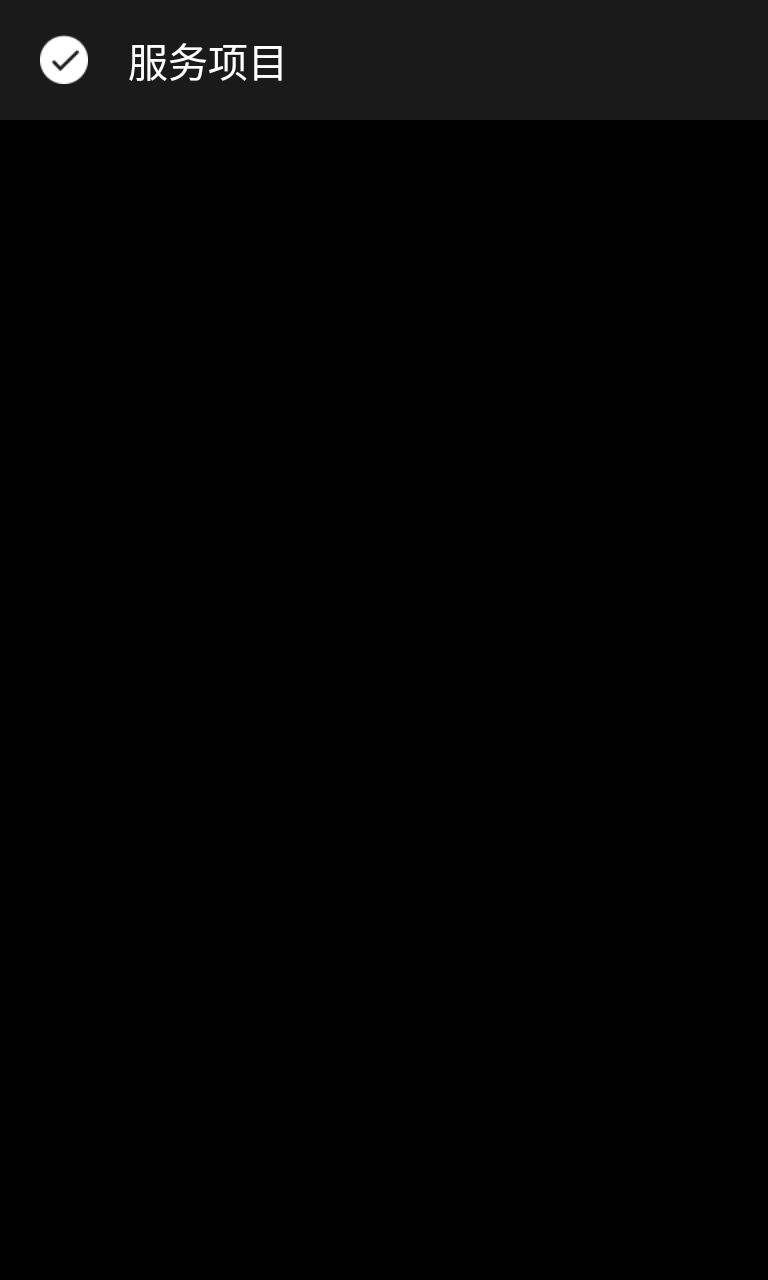
Repository: appleseedez/rongmeme-android
Layout: rmm/res/layout/star_small_item_appointment.xml
The author's editor kept a copy of each file at every save. The layout is drawn from the files as they stood at one save, then again after a run of saves.
It is drawn on a 768 x 1280 px phone screen (xhdpi) without system bars, with theme AppTheme; the app's code is not run.

Above is the layout before, as saved 2014-07-02 13:11:09.

### rmm/res/layout/star_small_item_appointment.xml
<?xml version="1.0" encoding="utf-8"?>
<LinearLayout xmlns:android="http://schemas.android.com/apk/res/android"
    android:layout_width="match_parent"
    android:layout_height="wrap_content"
    android:orientation="horizontal" >
<RelativeLayout
    android:id="@+id/ssi_top_navigation_bar"
    android:layout_width="fill_parent" android:background="#44aaaaaa"
    android:layout_height="60dp"
    android:background="@drawable/small_category_bg_n" >

    <ImageButton
        android:id="@+id/ssia_small_category_checkbox_imageButton"
        android:layout_width="wrap_content"
        android:layout_height="wrap_content"
        android:layout_centerVertical="true"
        android:layout_marginLeft="20dp"
        android:background="@null"
        android:contentDescription="@string/ssia_small_category_checkbox_imageButton_desc"
        android:src="@drawable/item_checked" />

    <TextView
        android:id="@+id/ssia_small_category_name_title"
        android:layout_width="wrap_content"
        android:layout_height="wrap_content"
        android:layout_alignParentRight="true"
        android:layout_centerVertical="true"
        android:layout_marginLeft="20dp"
        android:layout_toRightOf="@id/ssia_small_category_checkbox_imageButton"
        android:singleLine="true"
        android:text="@string/ssia_small_category_name_title_text"
        android:textColor="@color/white"
        android:textSize="20sp" />


</RelativeLayout>

    <View
        android:layout_width="match_parent"
        android:layout_height="1.5dp"
        android:background="@null" >
    </View>
</LinearLayout>

### rmm/res/values/styles.xml
<resources xmlns:android="http://schemas.android.com/apk/res/android">

    <!-- Application theme. -->
    <style name="AppTheme" parent="@android:style/Theme.Black.NoTitleBar">
        <!-- All customizations that are NOT specific to a particular API-level can go here. -->
    </style>

    <style name="CustomCheckboxTheme" parent="@android:style/Widget.CompoundButton.CheckBox">
        <item name="android:button">@drawable/checkbox_style</item>
    </style>

    <style name="title">
        <item name="android:layout_height">wrap_content</item>
        <item name="android:layout_width">wrap_content</item>
        <item name="android:background">@null</item>
        <item name="android:gravity">center</item>
        <item name="android:textColor">@android:color/white</item>
        <item name="android:textSize">18sp</item>
    </style>

    <style name="button" parent="@style/title">
        <item name="android:background">@drawable/btn_button</item>
    </style>

    <style name="title.small" parent="@style/title">
        <item name="android:textSize">16sp</item>
    </style>

    <style name="itembg">
        <item name="android:background">#44aaaaaa</item>
        <item name="android:minHeight">60dip</item>
        <item name="android:paddingBottom">14dip</item>
        <item name="android:paddingLeft">20dip</item>
        <item name="android:paddingRight">20dip</item>
        <item name="android:paddingTop">14dip</item>
    </style>

    <style name="edit">
        <item name="android:layout_height">wrap_content</item>
        <item name="android:layout_width">wrap_content</item>
        <item name="android:textColorHint">@android:color/white</item>
        <item name="android:background">@drawable/edit</item>
        <item name="android:textColor">#797979</item>
        <item name="android:paddingLeft">10dip</item>
    </style>

    <style name="ratingbar" parent="@android:style/Widget.RatingBar">
        <item name="android:progressDrawable">@drawable/ratingbar</item>
        <item name="android:indeterminateDrawable">@drawable/ratingbar</item>
        <item name="android:minHeight">22dip</item>
        <item name="android:maxHeight">22dip</item>
    </style>

    <style name="share">
        <item name="android:layout_height">wrap_content</item>
        <item name="android:layout_width">wrap_content</item>
        <item name="android:minHeight">120dip</item>
        <item name="android:scaleType">centerInside</item>
        <item name="android:background">#44aaaaaa</item>
    </style>

    <style name="dialog" parent="@android:style/Theme.Dialog">
        <item name="android:windowIsTranslucent">false</item>
        <item name="android:windowNoTitle">true</item>
        <item name="android:windowFrame">@null</item>
        <item name="android:windowBackground">@android:color/transparent</item>
        <item name="android:windowIsFloating">true</item>
        <item name="android:windowContentOverlay">@null</item>
        <item name="android:windowTitleStyle">@null</item>
        <item name="android:windowAnimationStyle">@android:style/Animation.Dialog</item>
        <item name="android:windowSoftInputMode">stateUnspecified|adjustPan</item>
        <item name="android:backgroundDimEnabled">false</item>
        <item name="android:background">@android:color/transparent</item>
    </style>

    <style name="order_server_empty">
        <item name="android:layout_height">wrap_content</item>
        <item name="android:layout_width">0dp</item>
        <item name="android:drawableTop">@drawable/icon_order_server_empty</item>
        <item name="android:gravity">center_horizontal</item>
        <item name="android:drawablePadding">10dp</item>
        <item name="android:text">@string/order_server_text_default</item>
        <item name="android:textColor">@android:color/white</item>
        <item name="android:textSize">16sp</item>
    </style>

</resources>

### rmm/res/values/strings.xml
<?xml version="1.0" encoding="utf-8"?>
<resources>
    <string name="app_name">蓉么么</string>
    <string name="menu_settings">Settings</string>
    <string name="pull_to_refresh_tap_label">Tap to refresh</string>
    <string name="pull_to_refresh_refreshing_label">刷新</string>
    <string name="pull_to_refresh_footer_refreshing_label">加载中</string>
    <string name="refresh_down_text">下拉刷新</string>
    <string name="refresh_release_text">松开后刷新</string>
    <string name="xlistview_header_hint_normal">下拉刷新</string>
    <string name="xlistview_header_hint_ready">松开刷新数据</string>
    <string name="xlistview_header_hint_loading">正在加载...</string>
    <string name="xlistview_header_last_time">上次更新时间：</string>
    <string name="xlistview_footer_hint_normal">查看更多</string>
    <string name="xlistview_footer_hint_ready">松开载入更多</string>
    <string name="no_network_connected_status_pop">亲网络不给力啊</string>
    <string name="no_location_error">暂时无法获取当前位置</string>
    <string name="nha_no_net_work_toast">亲，没有网络，请返回在设置中打开网络连接才能定位。</string>
    <!-- dengjie -->
    <string name="back_navigation_imagebutton_desc">返回按钮</string>
    <string name="cleaning_tv_title_text">保洁</string>
    <string name="cleaning_view_flow_btn_text">观看流程</string>
    <string name="cleaning_custom_flow_btn_text">我要定制</string>
    <string name="si_big_category_start_level_imageview_desc">保洁星级服务大类icon</string>
    <string name="si_big_category_pull_down_imageButton_desc">保洁星级下拉按钮icon</string>
    <string name="ssi_small_category_name_title_text">服务项目</string>
    <string name="ssi_small_category_checkbox_imageButton_desc">勾选框</string>
    <string name="he_tv_title_text">钟点工</string>
    <string name="he_next_flow_button_desc">钟点工下一步按钮</string>
    <string name="employee_default_nickname_text">钟艳</string>
    <string name="employee_head_portrait_imageview_des">钟点工的圆角头像</string>
    <string name="ca_tip_msg_textview_defalut_text">您选择了一星保洁服务</string>
    <string name="ca_confirm_appointment_btn_text">确认预约</string>
    <string name="ca_contact_custom_service_text">联系客服</string>
    <string name="ssia_small_category_checkbox_imageButton_desc">勾选框</string>
    <string name="ssia_small_category_name_title_text">服务项目</string>
    <string name="cc_confirm_appointment_btn_text">确认预约</string>
    <string name="cc_contact_custom_service_text">联系客服</string>
    <string name="cc_tip_msg_textview_defalut_text">请选择您需要的服务</string>
    <string name="cc_tv_title_text">自选服务</string>
    <string name="hsa_tv_title_text">预约</string>
    <string name="hsa_tip_msg_textview_defalut_text">您已选择以下服务人员</string>
    <string name="hsa_send_appointment_btn_text">发送预约</string>
    <string name="hsa_phone_textview_hint">请输入手机号码</string>
    <string name="nmd_msg_content_textview_default_text">预约单已经发送\n稍后客服人员会通过\n%s\n联系您</string>
    <string name="nmd_msg_content_textview_default_faild_text">亲网络不好，请稍等一下</string>
    <string name="nmd_close_btn_desc">弹出框的描述</string>
    <string name="sss_tv_title_text">选择门店</string>
    <string name="he_send_appointment_no_phone_error">请输入手机号</string>
    <string name="confirm_custom_appointment_no_check">请选择服务内容</string>

    <item name="cleaning_big_category_tag" type="id"></item>

    <!-- dengjie -->

	<!-- Common -->
	  <string name="image_content_description">占位图标</string>

    <!-- Portal -->
    <string name="activity_label_app_portal">AppPortal</string>
    <string name="label_app_portal_user_center">个人中心</string>
    <string name="label_app_portal_dry_cleaning">干洗</string>
    <string name="label_app_portal_scan_barcode">扫一扫</string>

    <!-- Navigator -->
    <string name="label_navigator_backward">返回</string>
    <string name="label_navigator_forward"></string>
    <string name="label_navigator_forward_refresh">刷新</string>
    <string name="label_navigator_forward_comment">评价</string>
    <string name="label_navigator_title"></string>

    <!-- Dry Cleaning -->
    <string name="activity_label_dry_cleaning_portal">干洗</string>
    <string name="activity_label_dry_cleaning_reservation">干洗预约单</string>
    <string name="dry_cleaning_navigator_title">干洗列表</string>
    <string name="dry_cleaning_navigator_forward">选择</string>
    <string name="dry_cleaning_reserve_title">干洗预约</string>
    <string name="dry_cleaning_reserve_support">联系客服</string>
    <string name="dry_cleaning_reserve_telephone">联系电话</string>
    <string name="dry_cleaning_reserve_address">联系地址</string>
    <string name="dry_cleaning_reserve_confirmed">确认预定</string>
    <string name="dry_cleaning_reserve_failture">预定失败</string>
     <string name="dry_cleaning_reserve_disclaimer_title">免责声明</string>
    <string name="dry_cleaning_reserve_disclaimer">免责声明免责声明免责声明免责声明免责声明免责声明免责声明免责声明免责声明免责声明免责声明免责声明免责声明免责声明免责声明免责声明免责声明免责声明免责声明免责声明免责声明免责声明免责声明免责声明免责声明免责声明免责声明免责声明</string>
    <string name="dry_cleaning_reserve_disclaimer_accept">同意</string>
    <string name="dry_cleaning_reserve_disclaimer_notification">请查看并同意免责声明</string>
    <string name="dry_cleaning_reserve_good">物品</string>
    <string name="dry_cleaning_reserve_amount">数量</string>
    <string name="dry_cleaning_reserve_price">单价</string>
    <string name="dry_cleaning_reserve_total_price">总计</string>
    <string name="dry_cleaning_reserve_send_reservation">发送预约</string>
    <string name="dry_cleaning_reserve_notification_part_a">预约单已经发送\n稍后客服人员会通过\n</string>
    <string name="dry_cleaning_reserve_notification_part_b">\n联系您</string>

    <!-- User Center -->
    <string name="activity_label_user_center_portal">个人中心</string>
    <string name="activity_label_user_order_detail">订单详情</string>
    <string name="activity_label_user_profile">个人设置</string>
    <string name="user_center_forward_label">个人设置</string>
    <string name="user_profile_telephone_label">联系电话</string>
    <string name="user_profile_address_label">联系地址</string>
    <string name="user_profile_address_changed_success">修改成功</string>
    <string name="user_profile_address_changed_failture">修改失败</string>
    <string name="title_activity_order_portal">OrderPortal</string>

    <!-- User Order -->
    <string name="order_type_text_unknown">未知订单</string>
    <string name="order_type_text_cleaning">保洁订单</string>
    <string name="order_type_text_dry_cleaning">干洗订单</string>
    <string name="order_status_text_unknown">未服务</string>
    <string name="order_status_text_pending">未服务</string>
    <string name="order_status_text_unassigned">处理中</string>
    <string name="order_status_text_serving">服务中</string>
    <string name="order_status_text_served">已完成</string>
    <string name="order_status_text_served_text">服务完成</string>
    <string name="order_status_text_cancelled">取消</string>
    <string name="order_service_text_title">名称</string>
    <string name="order_service_text_amount">数量</string>
    <string name="order_service_text_price">单价</string>
    <string name="order_service_text_total_price">总计</string>

    <!-- Payment -->
    <string name="payment_alipay_label">使用支付宝支付</string>
    <string name="payment_alipay_success">支付成功</string>
    <string name="payment_alipay_failture">支付成功</string>
    <string name="payment_order_type_cleaning">蓉么么保洁服务订单</string>
    <string name="payment_order_type_dry_cleaning">蓉么么干洗服务订单</string>
    <string name="payment_order_type_hourly_worker">蓉么么钟点工服务订单</string>
    <string name="payment_order_description">随便说说就好 这是文案</string>
</resources>

### rmm/res/values/colors.xml
<?xml version="1.0" encoding="utf-8"?>
<resources>

    <color name="title">#ba4c62</color>
    <color name="black">#000000</color>
    <color name="white">#FFFFFF</color>
    <color name="blue">#6BADF6</color>
    <!-- 自定义的颜色，通用颜色 -->
    <!-- R:180 G:174 B:165 距离可以删除-->

    <!-- R197G191B186 -->
    <color name="R197G191B186">#C5BFBA</color>
    <color name="R199G183B161">#C7B7A1</color>
    <color name="R144G140B131">#6B6557</color>
    <color name="R96G99B102">#606366</color>
    <color name="R219G185B111">#DBB96F</color>
    <color name="R61G85B1">#3D5501</color>

	<color name="backgroud_black">#66222222</color>
	<color name="backgroud_white">#66FFFFFF</color>

	<color name="R61G85B1">#618510</color>
</resources>

After the next 2 saves:
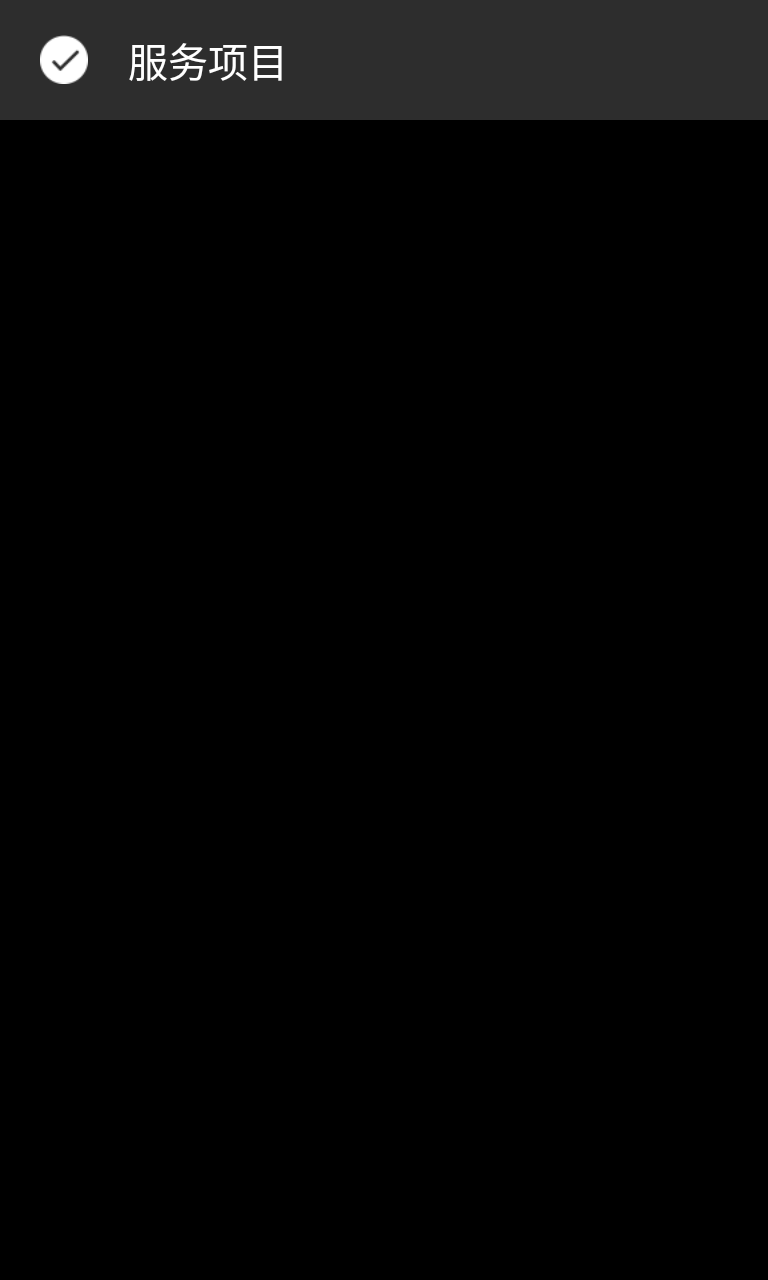
The 2 saves are shown as one change because they came seconds apart.
The last was saved 5 s later.
--- a/rmm/res/layout/star_small_item_appointment.xml
+++ b/rmm/res/layout/star_small_item_appointment.xml
@@ -3,41 +3,41 @@
     android:layout_width="match_parent"
     android:layout_height="wrap_content"
     android:orientation="horizontal" >
-<RelativeLayout
-    android:id="@+id/ssi_top_navigation_bar"
-    android:layout_width="fill_parent" android:background="#44aaaaaa"
-    android:layout_height="60dp"
-    android:background="@drawable/small_category_bg_n" >
 
-    <ImageButton
-        android:id="@+id/ssia_small_category_checkbox_imageButton"
-        android:layout_width="wrap_content"
-        android:layout_height="wrap_content"
-        android:layout_centerVertical="true"
-        android:layout_marginLeft="20dp"
-        android:background="@null"
-        android:contentDescription="@string/ssia_small_category_checkbox_imageButton_desc"
-        android:src="@drawable/item_checked" />
+    <RelativeLayout
+        android:id="@+id/ssi_top_navigation_bar"
+        android:layout_width="fill_parent"
+        android:layout_height="60dp"
+        android:background="#44aaaaaa" >
 
-    <TextView
-        android:id="@+id/ssia_small_category_name_title"
-        android:layout_width="wrap_content"
-        android:layout_height="wrap_content"
-        android:layout_alignParentRight="true"
-        android:layout_centerVertical="true"
-        android:layout_marginLeft="20dp"
-        android:layout_toRightOf="@id/ssia_small_category_checkbox_imageButton"
-        android:singleLine="true"
-        android:text="@string/ssia_small_category_name_title_text"
-        android:textColor="@color/white"
-        android:textSize="20sp" />
+        <ImageButton
+            android:id="@+id/ssia_small_category_checkbox_imageButton"
+            android:layout_width="wrap_content"
+            android:layout_height="wrap_content"
+            android:layout_centerVertical="true"
+            android:layout_marginLeft="20dp"
+            android:background="@null"
+            android:contentDescription="@string/ssia_small_category_checkbox_imageButton_desc"
+            android:src="@drawable/item_checked" />
 
-
-</RelativeLayout>
+        <TextView
+            android:id="@+id/ssia_small_category_name_title"
+            android:layout_width="wrap_content"
+            android:layout_height="wrap_content"
+            android:layout_alignParentRight="true"
+            android:layout_centerVertical="true"
+            android:layout_marginLeft="20dp"
+            android:layout_toRightOf="@id/ssia_small_category_checkbox_imageButton"
+            android:singleLine="true"
+            android:text="@string/ssia_small_category_name_title_text"
+            android:textColor="@color/white"
+            android:textSize="20sp" />
+    </RelativeLayout>
 
     <View
         android:layout_width="match_parent"
         android:layout_height="1.5dp"
         android:background="@null" >
     </View>
+
 </LinearLayout>
